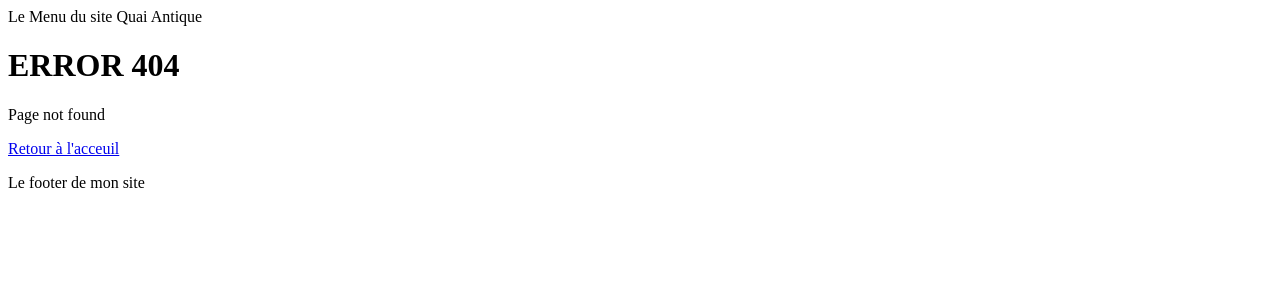
Repository: lemonhao9/QuaiAntiqueRestaurantFront
Page: index.html
An editor plug-in stored every save of this project. The page is shown before and after the next save, followed by the edit.
The browser window is 1280 px wide. The pictures show the whole page.
Some web libraries are served in a nearby version.

Above is the page before, as saved 2025-01-21 15:36:34.

### index.html
<!DOCTYPE html>
<html lang="en">
<head>
    <meta charset="UTF-8">
    <meta name="viewport" content="width=device-width, initial-scale=1.0">
    <title>Document</title>
</head>
<body>
    <header> Le Menu du site Quai Antique</header>
    <main id="main-page">
        <!-- Le contenu de la page sera injecté ici-->
    </main>
    <footer>Le footer de mon site</footer>

    <script type="module" src="Router/Router.js"></script>
</body>
</html>

### Router/Router.js
import Route from "./Route.js";
import { allRoutes, websiteName } from "./allRoutes.js";

// Création d'une route pour la page 404 (page introuvable)
const route404 = new Route("404", "Page introuvable", "/pages/404.html");

// Fonction pour récupérer la route correspondant à une URL donnée
const getRouteByUrl = (url) => {
  let currentRoute = null;
  // Parcours de toutes les routes pour trouver la correspondance
  allRoutes.forEach((element) => {
    if (element.url == url) {
      currentRoute = element;
    }
  });
  // Si aucune correspondance n'est trouvée, on retourne la route 404
  if (currentRoute != null) {
    return currentRoute;
  } else {
    return route404;
  }
};

// Fonction pour charger le contenu de la page
const LoadContentPage = async () => {
  const path = window.location.pathname;
  // Récupération de l'URL actuelle
  const actualRoute = getRouteByUrl(path);
  // Récupération du contenu HTML de la route
  const html = await fetch(actualRoute.pathHtml).then((data) => data.text());
  // Ajout du contenu HTML à l'élément avec l'ID "main-page"
  document.getElementById("main-page").innerHTML = html;

  // Ajout du contenu JavaScript
  if (actualRoute.pathJS != "") {
    // Création d'une balise script
    var scriptTag = document.createElement("script");
    scriptTag.setAttribute("type", "text/javascript");
    scriptTag.setAttribute("src", actualRoute.pathJS);

    // Ajout de la balise script au corps du document
    document.querySelector("body").appendChild(scriptTag);
  }

  // Changement du titre de la page
  document.title = actualRoute.title + " - " + websiteName;
};

// Fonction pour gérer les événements de routage (clic sur les liens)
const routeEvent = (event) => {
  event = event || window.event;
  event.preventDefault();
  // Mise à jour de l'URL dans l'historique du navigateur
  window.history.pushState({}, "", event.target.href);
  // Chargement du contenu de la nouvelle page
  LoadContentPage();
};

// Gestion de l'événement de retour en arrière dans l'historique du navigateur
window.onpopstate = LoadContentPage;
// Assignation de la fonction routeEvent à la propriété route de la fenêtre
window.route = routeEvent;
// Chargement du contenu de la page au chargement initial
LoadContentPage();

### Router/allRoutes.js
import Route from "./Route.js";

//Définir ici vos routes
export const allRoutes = [
    new Route("/", "Accueil", "/pages/home.html"),];

//Le titre s'affiche comme ceci : Route.titre - websitename
export const websiteName = "Quai Antique";

### pages/404.html
<div>
    <h1>ERROR 404</h1>
    <P>Page not found</P>
    <p><a href="/">Retour à l'acceuil</a></p>
</div>

Loaded but not shown: Router/Route.js (common file)

After the next save:
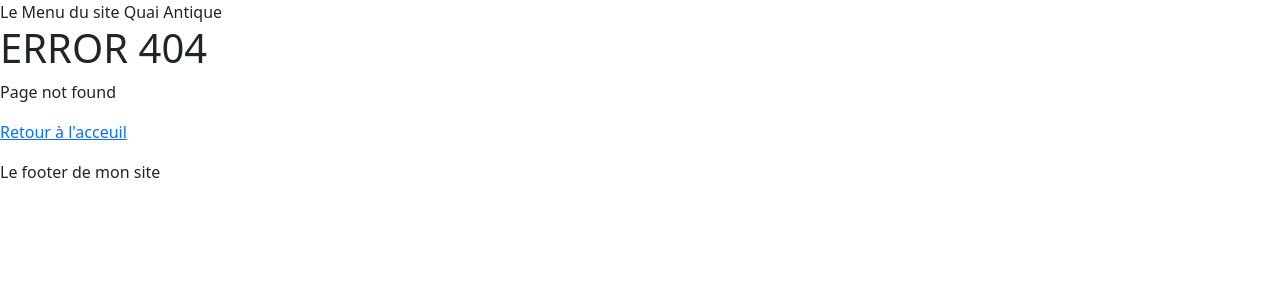
Saved 12 min 57 s later.
--- a/index.html
+++ b/index.html
@@ -3,6 +3,7 @@
 <head>
     <meta charset="UTF-8">
     <meta name="viewport" content="width=device-width, initial-scale=1.0">
+    <link rel="stylesheet" href="node_modules/bootstrap/dist/css/bootstrap.min.css">
     <title>Document</title>
 </head>
 <body>
@@ -13,5 +14,6 @@
     <footer>Le footer de mon site</footer>
 
     <script type="module" src="Router/Router.js"></script>
+    <script src="node_modules/bootstrap/dist/js/bootstrap.bundle.min.js"></script>
 </body>
 </html>
